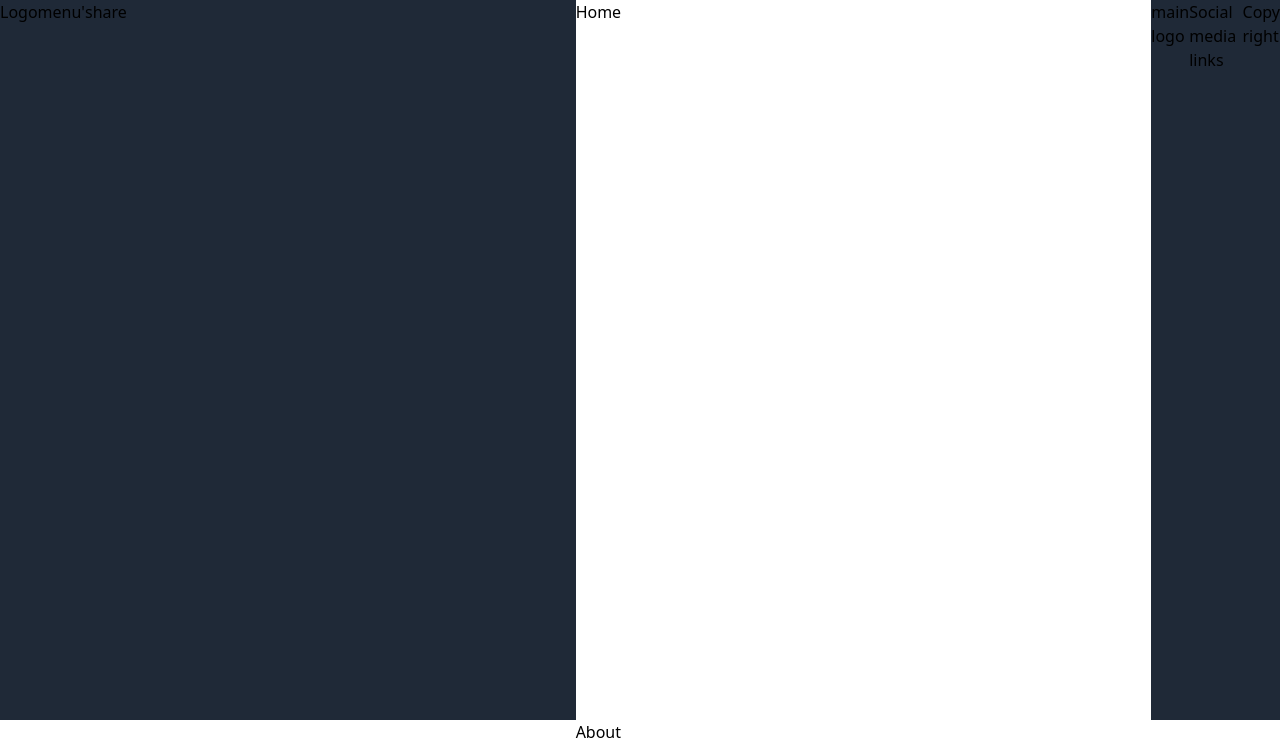
Repository: linco6054/template-tailwindcss
Page: index.html
An editor plug-in stored every save of this project. The page is shown before and after a run of saves, followed by the edit.
The browser window is 1280 px wide. The pictures show the whole page.

Above is the page before, as saved 2021-08-17 14:15:27.

After the next 3 saves:
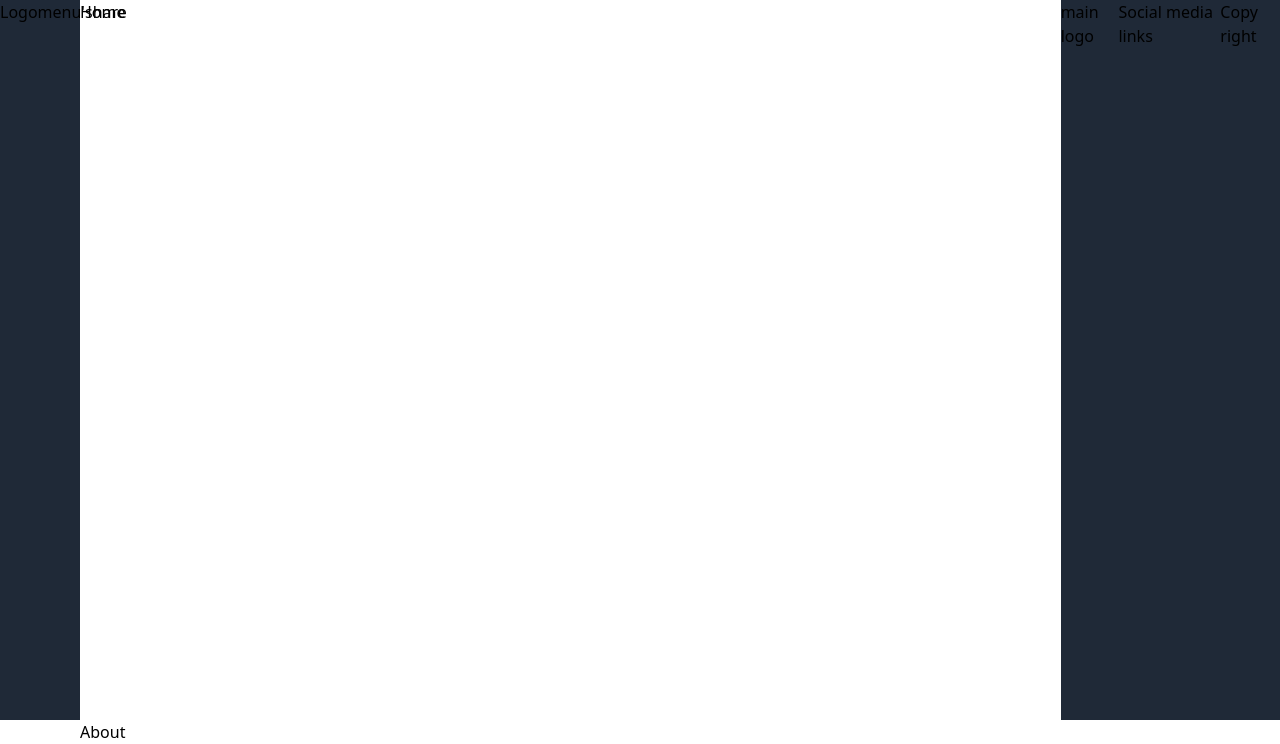
The 3 saves are shown as one change because they came seconds apart.
The last was saved 19 s later.
--- a/index.html
+++ b/index.html
@@ -13,7 +13,7 @@
   </head>
   <body class="max-w-full h-auto flex flex-col md:flex-row">
     <!-- nav -->
-    <nav class="bg-gray-800 h-20 flex w-full md:h-screen">
+    <nav class="bg-gray-800 h-20 flex w-full md:w-20 md:h-screen">
       <span>Logo</span>
       <span>menu</span>'
       <span>share</span>

After the save that followed:
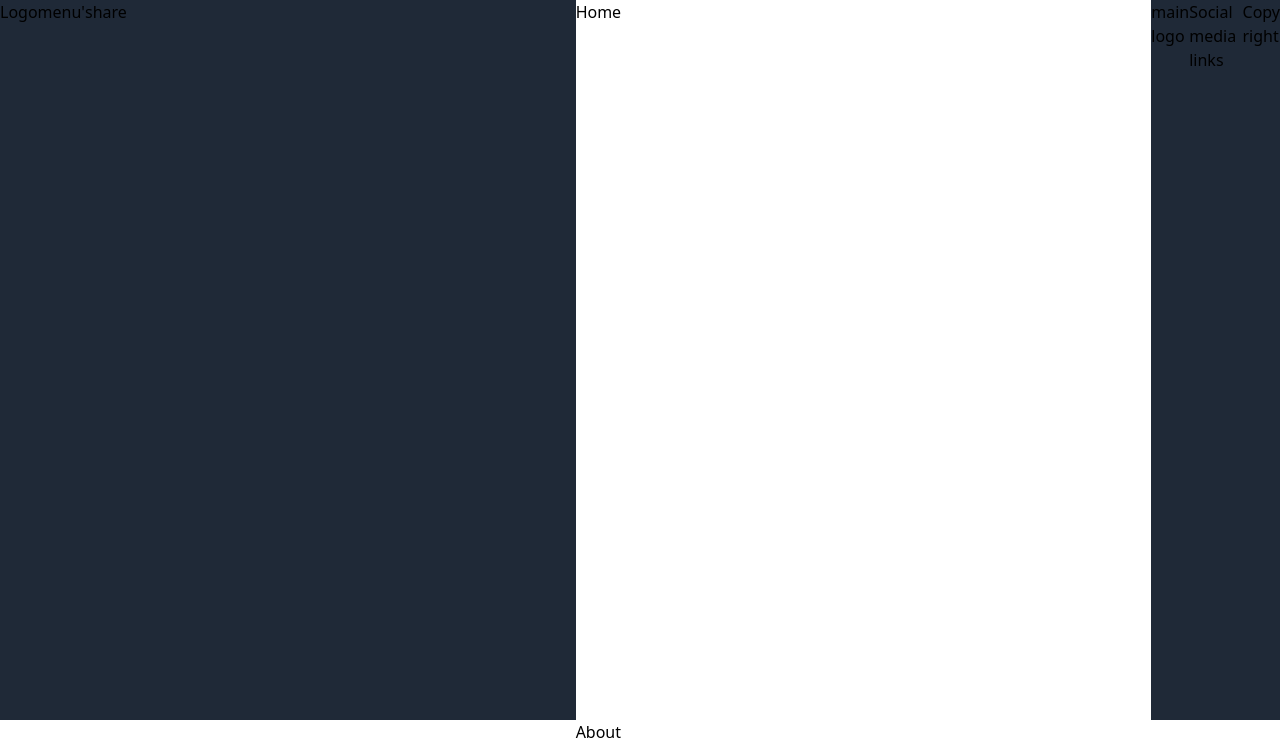
Saved 22 s later.
--- a/index.html
+++ b/index.html
@@ -13,7 +13,7 @@
   </head>
   <body class="max-w-full h-auto flex flex-col md:flex-row">
     <!-- nav -->
-    <nav class="bg-gray-800 h-20 flex w-full md:w-20 md:h-screen">
+    <nav class="bg-gray-800 h-20 flex w-full md:w-22 md:h-screen">
       <span>Logo</span>
       <span>menu</span>'
       <span>share</span>
